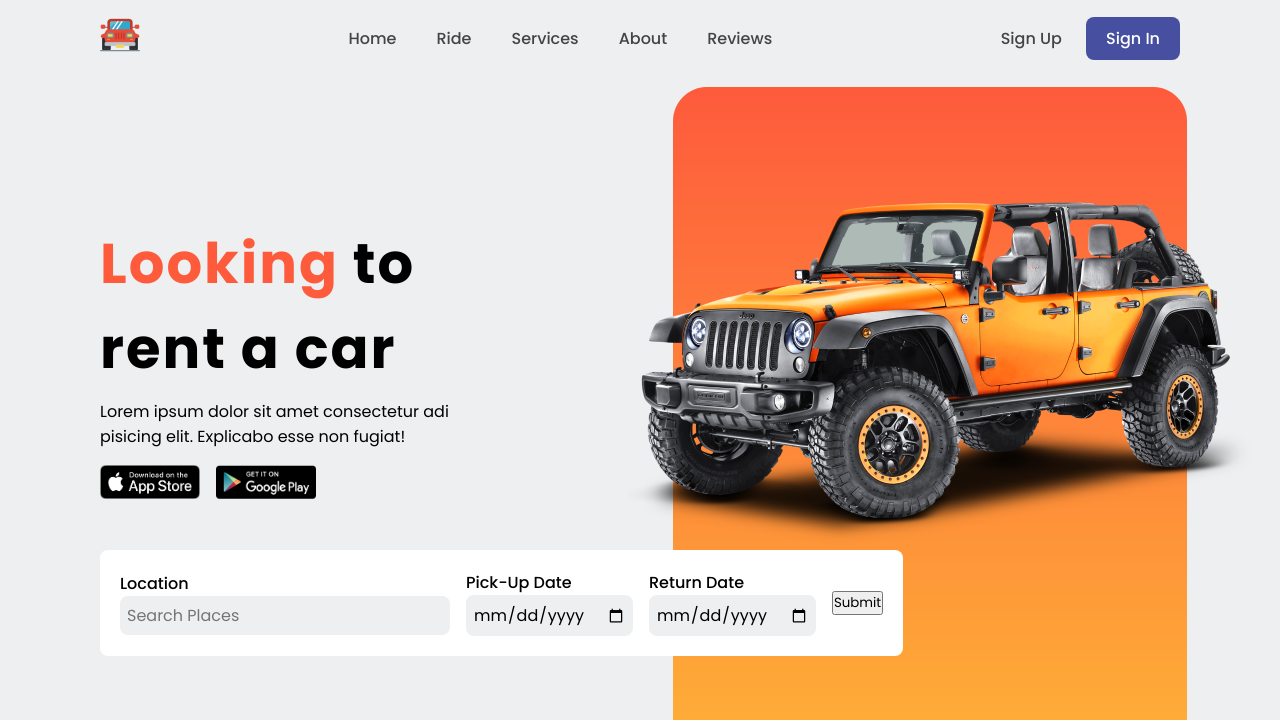
Repository: douglasabnovato/car-rental
Page: index.html
An editor plug-in stored every save of this project. The page is shown before and after the next save, followed by the edit.
The browser window is 1280 px wide. The pictures show the whole page.

Above is the page before, as saved 2025-05-16 12:46:24.

After the next save:
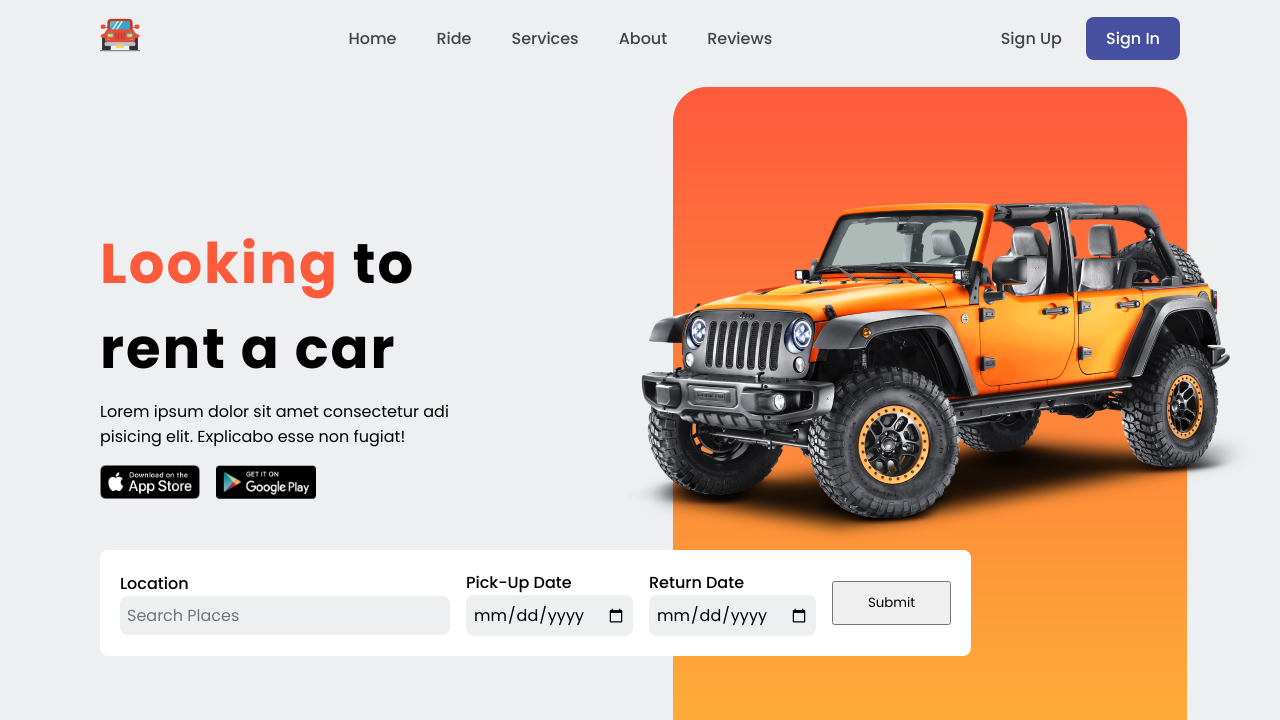
Saved 52 s later.
--- a/style.css
+++ b/style.css
@@ -175,3 +175,8 @@ header {
     border-radius: .5rem;
     font-size: 1rem;
 }
+
+.form-container form .btn {
+    flex: 1 1 7rem;
+    padding: 10px 34px;
+}
